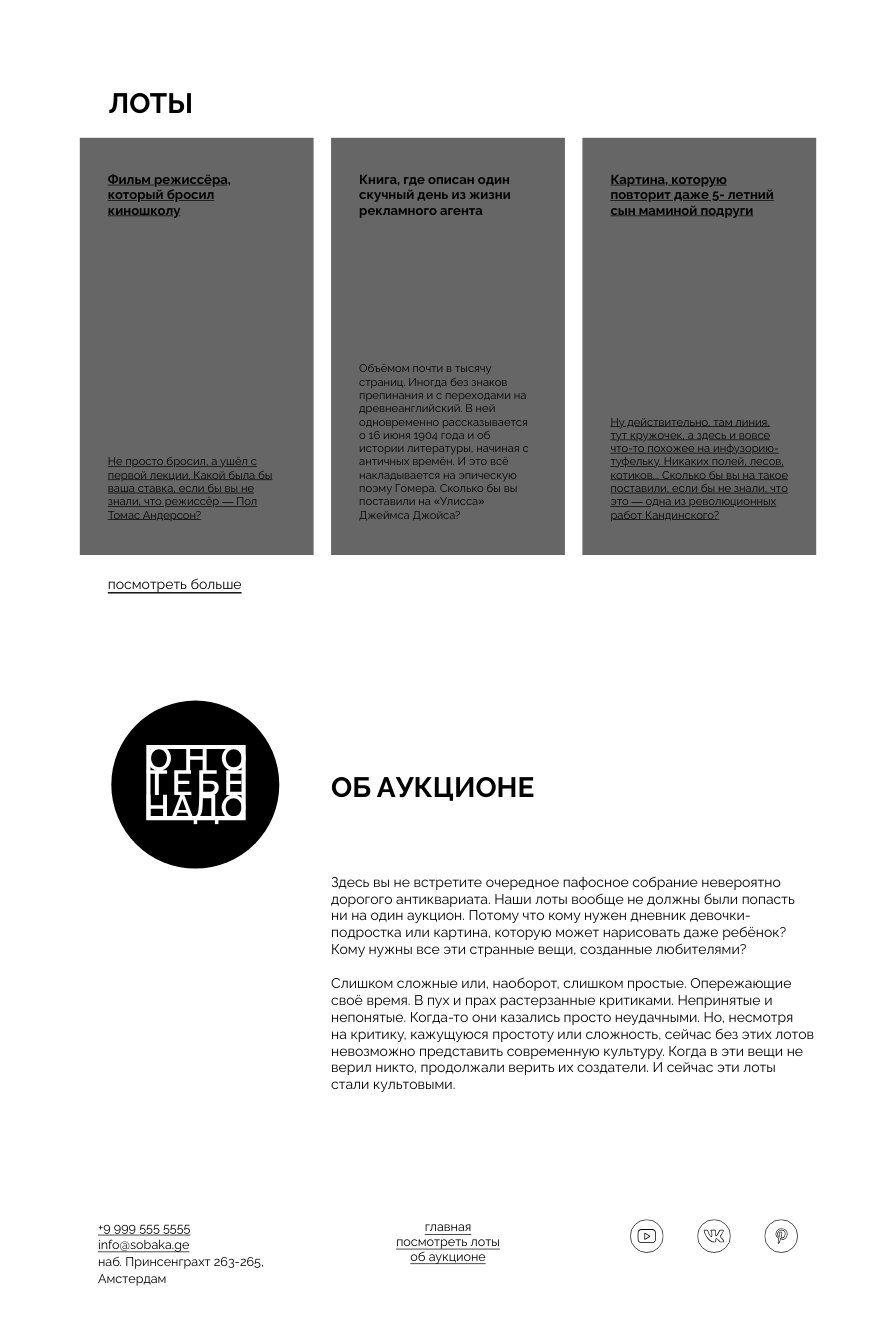
Repository: NikWolf75/ono-tebe-nado-fd
Page: index.html
These files come from the project's save history. The page is drawn as it stood at one moment and after the next save; the edit follows.
The browser window is 1280 px wide. The pictures show the part of the page from y = 1107 to 3027 px (the page is 3027 px tall before and 2988 px after), at 70% of full size.

Above is the page before, as saved 2024-12-18 22:40:40.

### index.html
<!DOCTYPE html>
<html lang="ru">
  <head>
    <meta charset="UTF-8">
    <meta http-equiv="X-UA-Compatible" content="IE=edge">
    <meta name="viewport" content="width=device-width, initial-scale=1.0">
    <link href="./fonts/fonts.css" rel="stylesheet">
    <link href="./styles/global.css" rel="stylesheet">
    <link href="./styles/style.css" rel="stylesheet">
    <title>Оно тебе надо — аукцион вещей, в которые никто не верил</title>
  </head>
  <body>
    <header class="header">
      <nav class="header__menu">
        <ul class="header__links-list">
          <li class="header__links-list-item header__links-list-item_no-bullit">
            <a class="header__link header__link-active" href="main">главная</a>
          </li>
          <li class="header__links-list-item">
            <a class="header__link" href="#lots">посмотреть лоты</a>
          </li>
          <li class="header__links-list-item">
            <a class="header__link" href="#about-lots">об аукционе</a>
          </li>
        </ul>
      </nav>
      <a class="header__logo">
        <img
          class="header__logo-image"
          src="./images/logo-black.svg"
          alt="Лого"
        >
      </a>
      <address class="address header__address">
        <a href="tel:+99995555555">+9 999 555 5555</a>
        <a href="mailto:info@sobaka.ge">info@sobaka.ge</a>
        <p> наб. Принсенграхт 263- 265, Амстердам</p>
      </address>
    </header>
    <main>
      <section class="cover">
        <div class="overlay"></div>
        <h1 class="cover__title">
          <span class="cover__main-text text-left">Оно</span>
          <span class="cover__main-text text-center">Тебе</span>
          <span class="cover__main-text text-right">Надо</span>
        </h1>
        <div class="cover__discription">
          <p class="cover__discription-text">Аукцион вещей, в которые никто не верил</p>
          <button class="bet-button">Сделать ставку</button>
        </div>
      </section>
      <section class="lots">
        <h2 class="lots__heading">Лоты</h2>
          <ul class="lots__card-list">
            <li class="lots__card-list-item">
              <a class="card-link" href="main">
                <article class="card card_type_film">
                  <div class="overlay"></div>
                  <h3 class="card__title">
                    Фильм режиссёра, который бросил киношколу
                  </h3>
                  <p class="card__text">
                    Не просто бросил, а ушёл
                    с первой лекции. Какой
                    была бы ваша ставка, если бы вы не знали, что
                    режиссёр — Пол Томас
                    Андерсон?
                  </p>
                </article>
              </a>
            </li>
            <li class="lots__card-list-item">
              <a class="card__link" href="main">
                <article class="card card_type_book">
                  <div class="overlay"></div>
                  <h3 class="card__title">
                    Книга, где описан
                    один скучный день
                    из жизни
                    рекламного агента
                  </h3>
                  <p class="card__text">
                    Объёмом почти в тысячу
                    страниц. Иногда без
                    знаков препинания и с переходами на
                    древнеанглийский. В ней
                    одновременно
                    рассказывается о 16 июня
                    1904 года и об истории
                    литературы, начиная с
                    античных времён. И это
                    всё накладывается на
                    эпическую поэму Гомера.
                    Сколько бы вы поставили
                    на «Улисса» Джеймса
                    Джойса?
                  </p>
                </article>
              </a>
            </li>
            <li class="lots__card-list-item">
              <a class="card-link" href="main">
                <article class="card card_type_picture">
                  <div class="overlay"></div>
                  <h3 class="card__title">
                    Картина, которую
                    повторит даже 5-
                    летний сын
                    маминой подруги
                  </h3>
                  <p class="card__text">
                    Ну действительно, там
                    линия, тут кружочек, а
                    здесь и вовсе что-то
                    похожее на инфузорию-
                    туфельку. Никаких полей,
                    лесов, котиков... Сколько
                    бы вы на такое поставили,
                    если бы не знали, что это
                    — одна из
                    революционных работ
                    Кандинского?
                  </p>
                </article>
              </a>
            </li>
          </ul>
          <a class="lots__look-more-link" href="#main">посмотреть больше</a>
      </section>
      <section class="about" id="#about">
        <div class="about__column">
          <div class="about__logo">
            <img
              class="about__logo-image"
              src="./images/logo-white.svg"
              alt="Лого"
            >
          </div>
        </div>
        <div class="about__column">
          <h2 class="about__title">Об аукционе</h2>
          <div class="about__text">
            <p>
              Здесь вы не встретите очередное пафосное собрание невероятно
              дорогого антиквариата. Наши лоты вообще не должны были попасть
              ни на один аукцион. Потому что кому нужен дневник девочки-
              подростка или картина, которую может нарисовать даже ребёнок?
              Кому нужны все эти странные вещи, созданные любителями?
            </p>
            <p>
              Слишком сложные или, наоборот, слишком простые. Опережающие
              своё время. В пух и прах растерзанные критиками. Непринятые
              и непонятые. Когда-то они казались просто неудачными. Но, несмотря
              <br>на критику, кажущуюся простоту или сложность, сейчас без этих
              лотов невозможно представить современную культуру. Когда в эти вещи не
              верил никто, продолжали верить их создатели. И сейчас эти лоты
              стали культовыми.
            </p>
          </div>
        </div>
      </section>
    </main>
    <footer class="footer">
      <address class="address">
        <a href="tel:+99995555555">+9 999 555 5555</a>
        <a href="mailto:info@sobaka.ge">info@sobaka.ge</a>
        <p> наб. Принсенграхт 263-265, Амстердам</p>
      </address>
      <nav class="footer__menu">
        <ul class="footer__menu-list">
          <li class="footer__menu-list-item">
            <a class="footer__menu-link footer__menu-link-active" href="#main">главная</a>
          </li>
          <li class="footer__menu-list-item">
            <a class="footer__menu-link" href="#lots">посмотреть лоты</a>
          </li>
          <li class="footer__menu-list-item">
            <a class="footer__menu-link" href="#about-lots">об аукционе</a>
          </li>
        </ul>
      </nav>
      <div class="footer__social">
        <ul class="footer__social-list">
          <li class="footer__social-list-item">
            <a class="footer__social-link" href="#main">
              <img
                class="footer__social-icon"
                src="./images/yt.svg"
                alt="Ютуб"
              >
            </a>
          </li>
          <li class="footer__menu-list-item">
            <a class="footer__social-link" href="#main">
              <img
                class="footer__social-icon"
                src="./images/vk.svg"
                alt="Вконтакте"
              >
            </a>
          </li>
          <li class="footer__menu-list-item">
            <a class="footer__social-link" href="#main">
              <img
                class="footer__social-icon"
                src="./images/pinterest.svg"
                alt="Пинтерест"
              >
            </a>
          </li>
        </ul>
      </div>
    </footer>
  </body>
</html>

### styles/global.css
*,
*::before,
*::after {
  box-sizing: border-box;
}

body {
  width: 1100px;
  margin: 0 auto;
  font-family: Raleway, sans-serif;
}

h1,
h2,
h3,
h4,
h5,
h6,
p,
ul,
ol,
li,
blockquote {
  margin: 0;
  padding: 0;
}

a {
  color: inherit;
}

img {
  width: 100%;
}

### styles/style.css
.header {
  display: grid;
  grid-template-columns: 1fr min-content 1fr;
  align-items: center;
  padding: 91px 50px 97px 51px;
  font-style: normal;
  font-size: 18px;
  font-weight: 400;
}

.header__links-list {
  display: flex;
  gap: 32px;
  list-style: circle;
}

.header__links-list-item_no-bullit {
  list-style: none;
}

.header__link {
  text-underline-position: under;
}

.header__link-active {
  text-decoration: none;
}

.header__logo {
  width: 148px;
  height: 105px;
  padding: 1px 6px 0 6px;
}

.address {
  max-width: 240px;
  font-style: normal;
  line-height: 135%;
  text-underline-position: under;
}

.header__address {
  justify-self: end;
}

.cover {
  background-image: url(../images/cover.jpg);
  background-size: cover;
  background-repeat: no-repeat;
  background-position: center top;
  display: flex;
  padding: 165px 20px 0 50px;
  flex-direction: column;
  gap: 100px;
  position: relative;
}

.overlay {
  position: absolute;
  z-index: 1;
  top: 0;
  left: 0;
  width: 100%;
  height: 100%;
  background-color: rgb(0, 0, 0, 0.6);
}

.cover__title {
  position: relative;
  z-index: 2;
  font-weight: 700;
  font-size: 100px;
  letter-spacing: 0.3em;
  text-transform: uppercase;
  color: #fff;
}

.cover__main-text {
  display: block;
  line-height: 115%;
}

.text-left {
  line-height: 115%;
}

.text-center {
  text-align: center;
  line-height: 115%;
  padding: 20px 0 20px 0;
}

.text-right {
  text-align: right;
  line-height: 115%;
}

.cover__discription {
  z-index: 2;
  display: flex;
  align-items: center;
  justify-content: start;
  line-height: 140%;
  gap: 107px;
  padding: 7px 0 49px 0;
}

.cover__discription-text {
  font-size: 22px;
  color: #fff;
  word-spacing: 18.5px;
  line-height: 127%;
  white-space: nowrap;
  text-transform: uppercase;
}

.bet-button {
  font-family: Raleway, sans-serif;
  width: 256px;
  height: 51px;
  font-weight: 500;
  text-align: center;
  font-size: 22px;
  color: #fff;
  border: 1px solid #fff;
  text-transform: uppercase;
  background-color: transparent;
}

.lots {
  display: flex;
  flex-direction: column;
  padding: 181px 24px 150px 24px;
  display: flex;
}

.lots__heading {
  font-weight: 700;
  font-size: 40px;
  text-transform: uppercase;
  margin: 0 0 26px 41px;
}

.lots__card-list {
  display: flex;
  flex-wrap: wrap;
  justify-content: center;
  list-style: none;
  gap: 25px;
}

.lots__card-list-item {
  width: 334px;
  min-height: 596px;
  flex-grow: 1;
}

.card__link {
  display: block;
  text-decoration: none;
  height: 100%;
}

.card {
  position: relative;
  background-size: cover;
  background-repeat: no-repeat;
  background-position: center;
  display: flex;
  flex-direction: column;
  justify-content: space-between;
  padding: 48px 40px;
  height: 100%;
}




.lots__look-more-link {
  text-underline-position: under;
  font-weight: 400;
  font-size: 20px;
  color: #000;
  padding: 30px 0 4px 40px;
}

.about {
  display: grid;
  grid-template-columns: 330px auto;
  justify-items: center;
  padding: 0 27px 100px 24px;
  gap: 29px;
}

.about__logo {
  display: flex;
  justify-content: center;
  align-items: center;
  width: 240px;
  height: 240px;
  border-radius: 100%;
  background-color: #000;
}

.about__logo-image {
  width: 148px;
  height: 114px;
}

.about__title {
  margin: 100px 0;
  font-size: 40px;
  font-weight: 700;
  font-style: normal;
  text-transform: uppercase;
}

.about__text {
  display: flex;
  flex-direction: column;
  gap: 25px;
  font-size: 20px;
  line-height: 120%;
}

.footer {
  padding: 81px 50px 0;
  display: grid;
  grid-template-columns: 1fr auto 1fr;
  font-size: 18px;
}

.address {
  font-style: normal;
  font-weight: 400;
  line-height: 135%;
  text-underline-position: under;
}

.footer__menu-list {
  display: flex;
  flex-direction: column;
  align-items: center;
  list-style: none;
  padding-bottom: 115px;
}

.footer__menu-link {
  text-underline-position: under;
}

.footer__menu-link_active {
  text-decoration: none;
}

.footer__social {
  justify-self: end;
}

.footer__social-list {
  display: flex;
  justify-content: space-between;
  gap: 48px;
  list-style: none;
}

.footer__social-list-item {
  height: 100%;
}

.footer__social-link {
  text-decoration: none;
}

.footer__social-icon {
  height: 48px;
}

Loaded but not shown: fonts/fonts.css (common file)

After the next save:
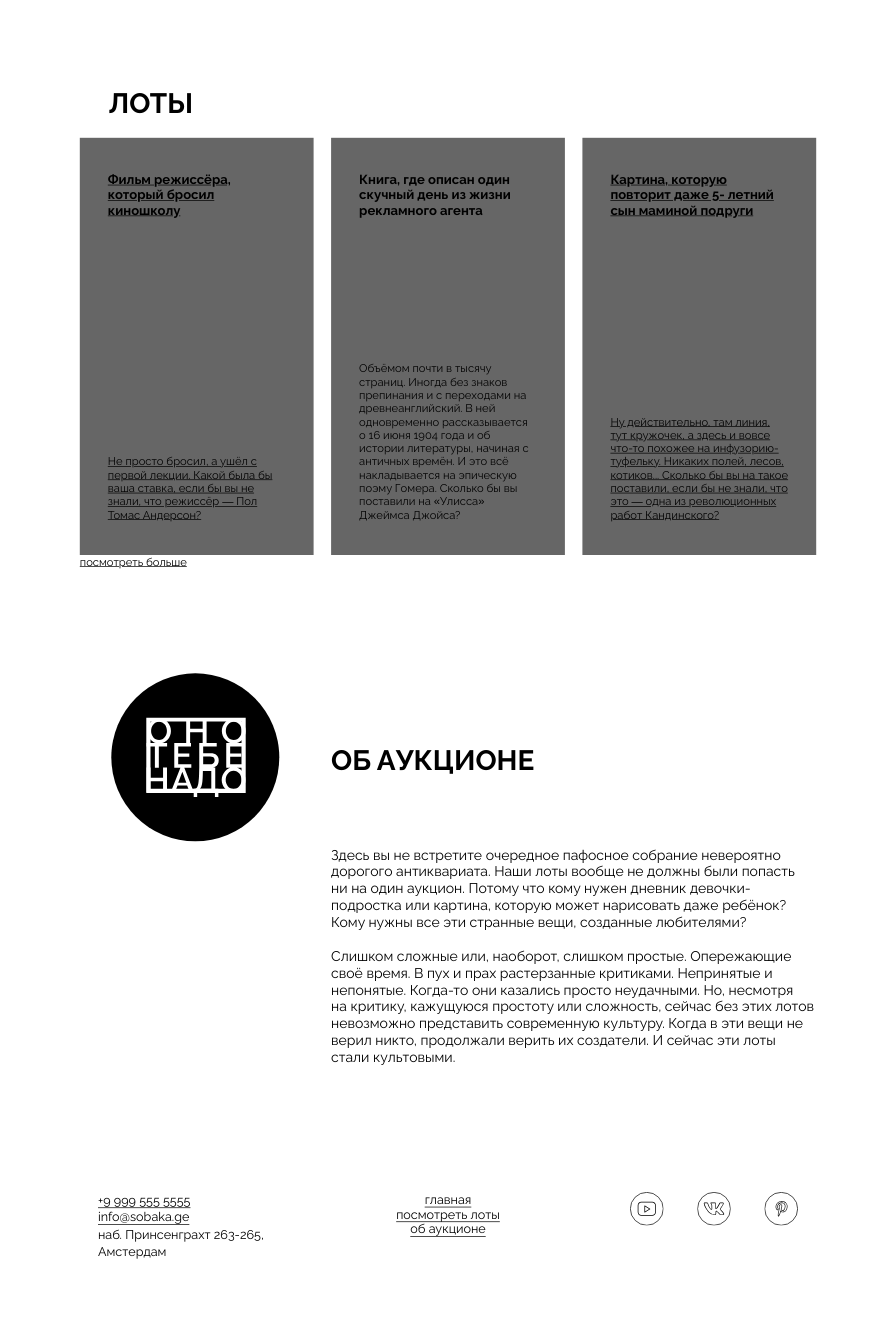
Saved 4 s later.
--- a/styles/style.css
+++ b/styles/style.css
@@ -176,13 +176,6 @@
 
 
 
-.lots__look-more-link {
-  text-underline-position: under;
-  font-weight: 400;
-  font-size: 20px;
-  color: #000;
-  padding: 30px 0 4px 40px;
-}
 
 .about {
   display: grid;
